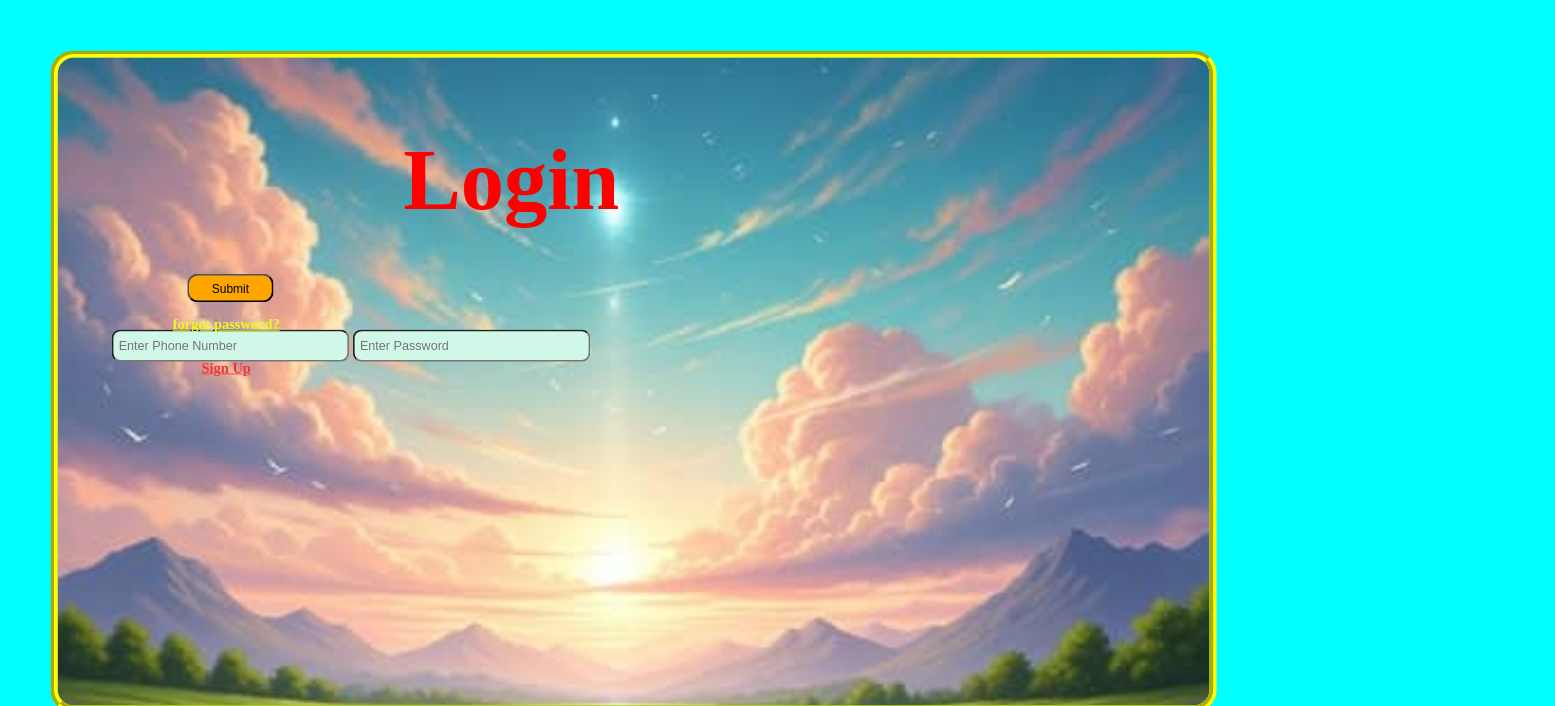
Repository: Amani-Kibet/express-app-web
Page: pages/signup/login.html
The author's editor kept a copy of each file at every save. The page is drawn from the files as they stood at one save, then again after the next save.
The browser window is 1280 px wide. The page is 1728 px wide, so the pictures cover 1728 px, including what lies to the right of the window. The pictures show the whole page, at 90% of full size.

Above is the page before, as saved 2025-09-28 16:04:48.

After the next save:
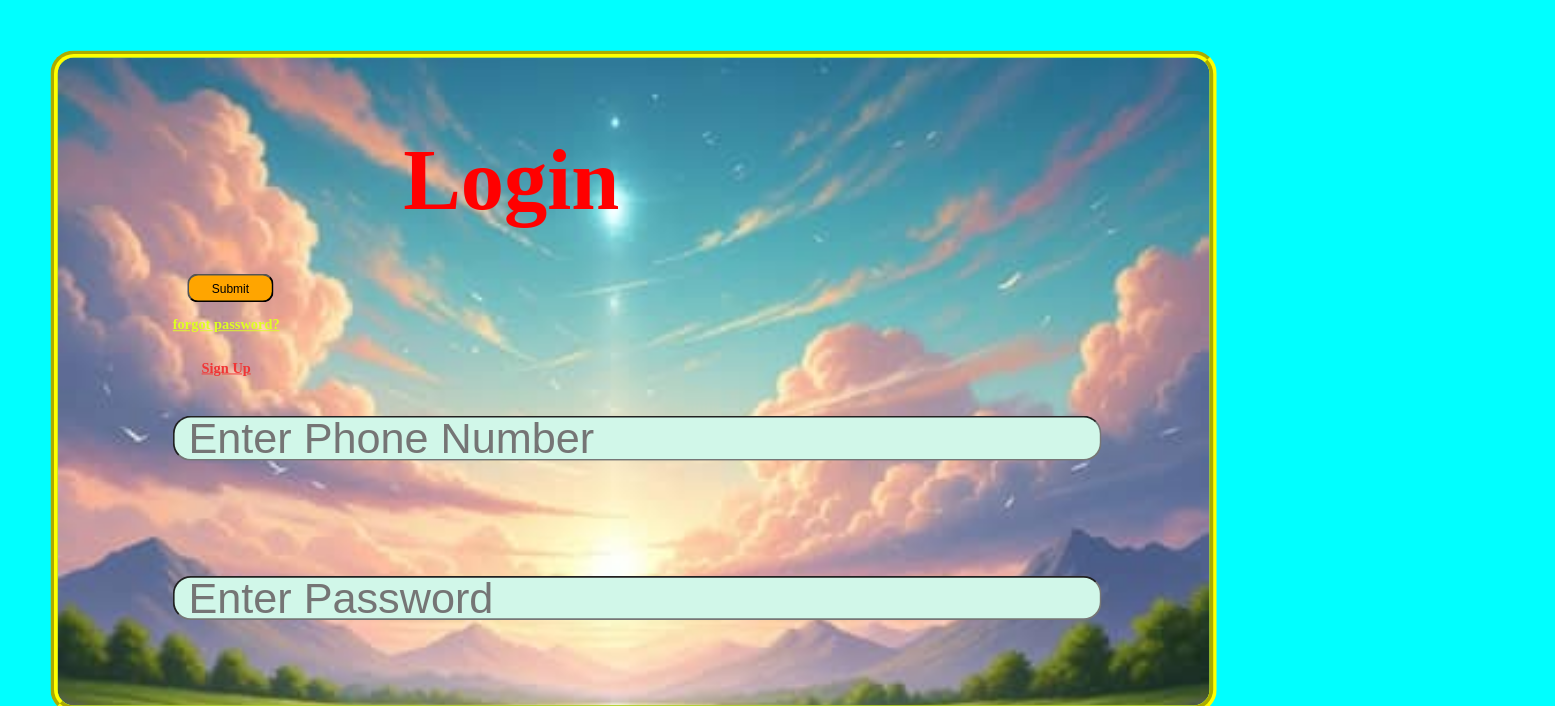
Saved 15 s later.
--- a/pages/signup/login.html
+++ b/pages/signup/login.html
@@ -19,17 +19,17 @@
       left: 30%;
       font-size: 6rem
     }
-  .inputs{
-    width: 16rem;
-    height: 30px;
-    position: relative;
-    left: 60px;
-    margin-top: 2rem;
-    border-radius: 10px;
-    color: blue;
-    font-size: 14px;
-    background-color: rgb(209, 247, 233);
-  }
+    .inputs{
+      width: 80%;
+      height: 6%;
+      position: relative;
+      left: 10%;
+      margin-top: 10%;
+      border-radius: 20px;
+      color: blue;
+      font-size: 3em;
+      background-color: rgb(209, 247, 233);
+    }
   #submit{
     background: orange;
     position: absolute;
